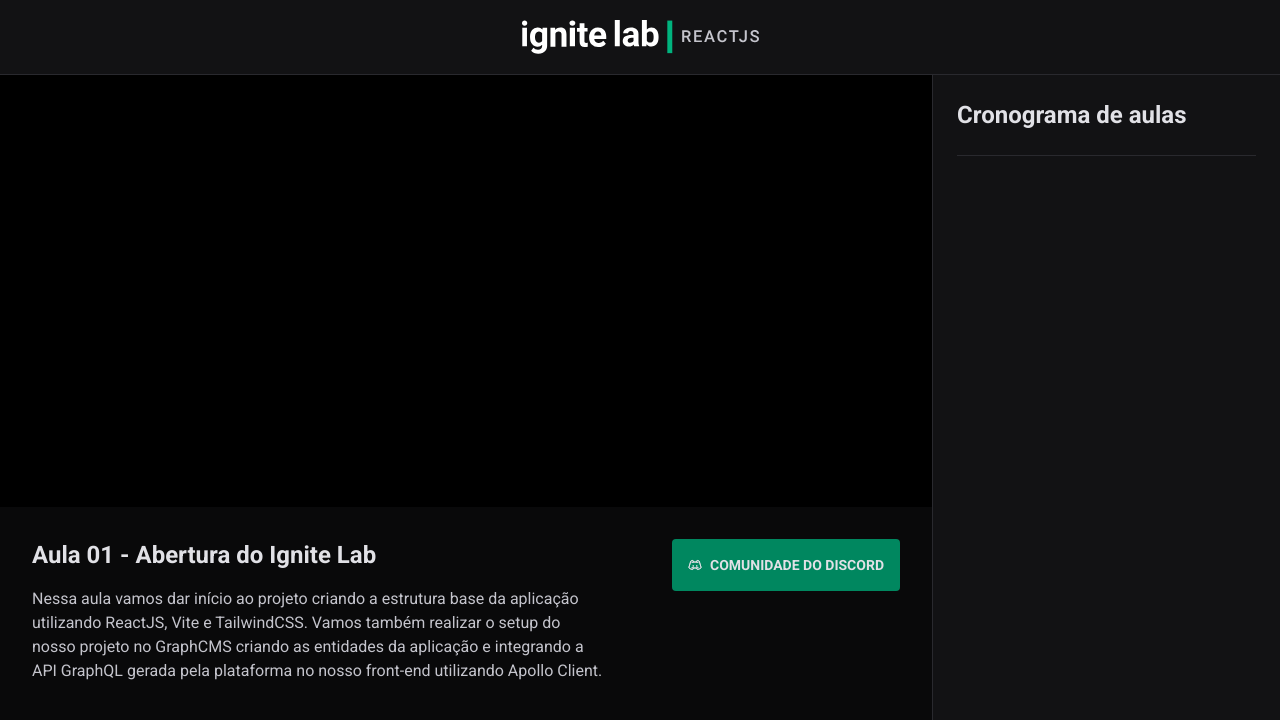
Repository: XFERRER7/Ignite-lab
Page: /
An editor plug-in stored every save of this project. The page is shown before and after the next save, followed by the edit.
The browser window is 1280 px wide. The pictures show the whole page.
The page's requests for data from a server got no answer. The project was rebuilt for these pictures with package versions that can differ from the ones it lists, and the page was loaded fresh each time. No one was signed in, and anything a server would have sent is missing. Also part of the build but not shown: vite.config.ts, src/components/Lesson.tsx.

Above is the page before, as saved 2022-06-26 01:54:34.

### index.html
<!DOCTYPE html>
<html>
  <head>
    <meta charset="UTF-8" />
    <link rel="icon" type="image/svg+xml" href="/src/favicon.svg" />
    <meta name="viewport" content="width=device-width, initial-scale=1.0" />
    <title>Event Platform</title>
    <link rel="preconnect" href="https://fonts.googleapis.com">
<link rel="preconnect" href="https://fonts.gstatic.com" crossorigin>
<link href="https://fonts.googleapis.com/css2?family=Roboto:wght@400;500;700&display=swap" rel="stylesheet">
  </head>
  <body>
    <div id="root"></div>
    <script type="module" src="/src/main.tsx"></script>
  </body>
</html>

### src/main.tsx
import { ApolloProvider } from '@apollo/client'
import React from 'react'
import ReactDOM from 'react-dom/client'
import App from './App'
import { client } from './lib/apollo'
import './styles/Global.css'

ReactDOM.createRoot(document.getElementById('root')!).render(
  <React.StrictMode>
    <ApolloProvider client={client}>
    <App />
    </ApolloProvider>
  </React.StrictMode>
)

### src/App.tsx
import { Header } from "./components/Header"
import { Lesson } from "./components/Lesson"
import { SideBar } from "./components/SideBar"
import { Video } from "./components/Video"
import { Event } from "./pages/Event"

function App() {

  return (
    <div>
      <Event/>
    </div>
  )
}

export default App

### src/lib/apollo.ts
import { ApolloClient, InMemoryCache } from "@apollo/client";

export const client = new ApolloClient({
  uri: 'https://api-sa-east-1.graphcms.com/v2/cl4oe0npq21lo01xi4o5e7kb5/master',
  cache: new InMemoryCache()
})

### src/styles/Global.css
@tailwind base;
@tailwind components;
@tailwind utilities;

body {
  @apply text-gray-100 bg-gray-900;
  -webkit-font-smoothing: antialiased;
}

### src/pages/Event.tsx
import React from 'react'
import { Header } from '../components/Header'
import { SideBar } from '../components/SideBar'
import { Video } from '../components/Video'

export const Event = () => {
  return (
    <>
    <div className='flex flex-col min-h-screen'>
      <Header/>
      <main className='flex flex-1'>
      <Video/>
      <SideBar/>
      </main>
    </div>

    </>
  )
}

### src/components/Header.tsx
import React from 'react'
import { Logo } from './Logo'

export const Header = () => {
  return (
    <header className='w-full py-5 flex items-center justify-center bg-gray-700 border-b border-gray-600'>
      <Logo/>
    </header>
  )
}

### src/components/SideBar.tsx
import { gql, useQuery } from '@apollo/client'
import React from 'react'
import { Lesson } from './Lesson'


const GET_LESSONS_QUERY = gql`
  query {
    lessons(orderBy: availableAt_ASC, stage: PUBLISHED) {
      id
      slug
      title
      availableAt
      lessonType
    }
}

`

interface GetLessonsQueryResponse {
  lessons: {
    id: string
    slug:string
    title:string
    availableAt:string
    lessonType: 'live' | 'class'
  }[]
}


export const SideBar = () => {

  const {data} = useQuery<GetLessonsQueryResponse>(GET_LESSONS_QUERY)

  return (
    <aside className='w-[348px] bg-gray-700 p-6 border-l border-gray-600'>
      <span className='font-bold text-2xl pb-6 mb-6 border-b border-gray-600 block'>Cronograma de aulas</span>

      <div className='flex flex-col gap-8'>
        {
          data?.lessons.map(lesson => {
            return (
              <Lesson
              title={lesson.title}
              slug={lesson.slug}
              avaliableAt={new Date(lesson.availableAt)}
              type={lesson.lessonType}/>
            )
          })
        }

      </div>
    </aside>
  )
}

### src/components/Video.tsx
import { DiscordLogo } from 'phosphor-react'
import React from 'react'

export const Video = () => {
  return (
    <div className="flex-1">
      <div className="bg-black flex justify-center">
        <div className='h-full w-full max-w-[1100px] max-h-[60vh] aspect-video'></div>
      </div>

      <div className='p-8 max-w-[1100px] mx-auto'>

        <div className='flex items-start gap-16'>
          <div className='flex-1'>
            <h1 className='text-2xl font-bold'>Aula 01 - Abertura do Ignite Lab</h1>
            <p className='mt-4 text-gray-200'>
              Nessa aula vamos dar início ao projeto criando a estrutura base da aplicação
              utilizando ReactJS, Vite e TailwindCSS. Vamos também realizar o setup do nosso
              projeto no GraphCMS criando as entidades da aplicação e integrando a API GraphQL
              gerada pela plataforma no nosso front-end utilizando Apollo Client.
            </p>
          </div>
          <div className='flex flex-col gap-4 '>
            <a href=""
            className='p-4 text-sm bg-green-500 flex items-center rounded font-bold uppercase
            gap-2 justify-center'>
              <DiscordLogo/>
              Comunidade do discord
            </a>
            <a href="">

            </a>
          </div>
        </div>

        <div>

        </div>

      </div>

    </div>
  )

}

### src/components/Logo.tsx
import React from "react";

export function Logo() {
  return (
    <svg
      xmlns="http://www.w3.org/2000/svg"
      width="237"
      height="34"
      fill="none"
      viewBox="0 0 237 34"
    >
      <path
        fill="#fff"
        d="M.002 3.112a2.49 2.49 0 01.165-.987c.12-.314.304-.595.535-.83A2.906 2.906 0 012.615.572c.698 0 1.374.257 1.912.723.23.24.412.524.536.837a2.701 2.701 0 010 1.979 2.568 2.568 0 01-.536.837 2.889 2.889 0 01-1.907.723 2.901 2.901 0 01-1.908-.723 2.458 2.458 0 01-.538-.84 2.645 2.645 0 01-.172-.996zm4.96 23.146H.273V7.862h4.689v18.397zM8.012 16.973c0-2.853.686-5.145 2.055-6.883a6.653 6.653 0 015.528-2.606 5.869 5.869 0 014.802 2.09l.2-1.751h4.538v17.95a7.891 7.891 0 01-1.12 4.246 7.243 7.243 0 01-3.147 2.752 11.155 11.155 0 01-4.742.94c-1.378 0-2.74-.279-4.008-.812a7.08 7.08 0 01-2.946-2.11l2.208-3.02a5.905 5.905 0 004.543 2.08 4.356 4.356 0 003.104-1.059 3.938 3.938 0 001.103-2.993v-.994a5.775 5.775 0 01-4.555 1.935 6.647 6.647 0 01-3.05-.652 6.615 6.615 0 01-2.408-1.967c-1.397-1.752-2.085-4.089-2.085-6.942v-.21h-.025l.005.006zm4.997.355a6.723 6.723 0 001.026 3.956 3.233 3.233 0 002.799 1.443c.651.045 1.3-.088 1.878-.39a3.52 3.52 0 001.396-1.305v-7.825a3.448 3.448 0 00-1.374-1.305 3.504 3.504 0 00-1.86-.39 3.28 3.28 0 00-1.61.365 3.22 3.22 0 00-1.219 1.103c-.688.975-1.036 2.418-1.036 4.348zM33.098 7.833l.158 2.196a6.527 6.527 0 012.371-1.927 6.38 6.38 0 012.971-.62c1.97 0 3.438.597 4.39 1.79.953 1.194 1.456 2.936 1.486 5.293v12.249h-4.962V14.683a3.367 3.367 0 00-.684-2.344 3.086 3.086 0 00-1.069-.598 3.008 3.008 0 00-1.211-.13 3.349 3.349 0 00-1.821.454c-.553.32-1.01.794-1.313 1.367v13.37H28.45V7.845l4.647-.012zM47.512 3.112a2.304 2.304 0 01.185-.988 2.42 2.42 0 01.59-.831A3.439 3.439 0 0150.404.57c.772 0 1.52.256 2.117.723.508.486.792 1.142.792 1.826 0 .683-.284 1.34-.792 1.826a3.417 3.417 0 01-2.11.723c-.77 0-1.517-.257-2.11-.723a2.47 2.47 0 01-.594-.839 2.342 2.342 0 01-.19-.994h-.005zm5.483 23.149h-5.18V7.86h5.18v18.4zM62.454 3.334v4.612h3.107v3.677h-3.107v9.382c-.05.53.091 1.063.395 1.495a1.824 1.824 0 001.473.45c.476.002.95-.035 1.421-.114v3.803a9.672 9.672 0 01-2.939.449c-3.398 0-5.128-1.775-5.19-5.32V11.644h-2.642V7.968h2.643V3.356h4.841v-.025l-.002.003zM76.487 27.08a9.277 9.277 0 01-6.759-2.55c-1.74-1.699-2.605-3.957-2.605-6.797v-.494a11.295 11.295 0 011.098-5.08 8.141 8.141 0 013.111-3.465 8.72 8.72 0 014.59-1.22c2.577 0 4.62.815 6.098 2.449 1.478 1.633 2.226 3.94 2.226 6.929v2.055h-12.01a4.665 4.665 0 001.473 2.971 4.487 4.487 0 003.111 1.111 5.426 5.426 0 004.548-2.115l2.476 2.781a7.506 7.506 0 01-3.07 2.507 9.81 9.81 0 01-4.287.916v.002zm-.594-15.514a3.127 3.127 0 00-2.428 1.012 5.405 5.405 0 00-1.188 2.912h7.006v-.405a3.749 3.749 0 00-.908-2.608 3.252 3.252 0 00-2.45-.908h-.03l-.002-.003zM97.771 26.259h-4.957V0h4.957V26.26zM112.209 26.259c-.227-.444-.392-.997-.496-1.659-1.196 1.333-2.751 2.002-4.666 2.002-1.811 0-3.314-.523-4.504-1.572-1.191-1.049-1.786-2.372-1.786-3.966 0-1.96.725-3.464 2.179-4.513 1.453-1.049 3.553-1.58 6.3-1.59h2.273v-1.06c0-.854-.22-1.54-.659-2.051-.44-.513-1.131-.77-2.078-.77-.832 0-1.486.2-1.957.6-.474.4-.708.945-.708 1.64h-4.941c0-1.07.331-2.062.992-2.973.662-.91 1.597-1.626 2.804-2.144 1.206-.518 2.564-.778 4.069-.778 2.28 0 4.089.573 5.429 1.718 1.34 1.145 2.009 2.756 2.009 4.83v8.017c.012 1.754.256 3.082.735 3.983v.29h-4.992l-.003-.004zm-4.086-3.435c.728 0 1.402-.163 2.016-.486.614-.326 1.071-.76 1.367-1.308v-3.181h-1.846c-2.472 0-3.79.854-3.948 2.564l-.017.291c0 .614.217 1.123.649 1.523.434.4 1.026.6 1.779.6v-.003zM136.58 17.183c0 2.963-.632 5.273-1.898 6.931-1.265 1.659-3.032 2.488-5.3 2.488-2.006 0-3.608-.77-4.805-2.308l-.222 1.967h-4.444V.001h4.94v9.418c1.14-1.332 2.638-2 4.496-2 2.256 0 4.025.828 5.308 2.487 1.283 1.658 1.923 3.992 1.923 7v.274l.002.003zm-4.94-.358c0-1.868-.296-3.233-.889-4.094-.592-.861-1.475-1.29-2.65-1.29-1.572 0-2.655.643-3.247 1.932v7.299c.604 1.298 1.697 1.95 3.282 1.95 1.584 0 2.643-.788 3.146-2.36.239-.752.358-1.897.358-3.437z"
      ></path>
      <path
        fill="#C4C4CC"
        d="M164.51 17.501h-2.283v4.53h-2.048v-11.78h4.143c1.36 0 2.408.306 3.149.915.74.61 1.108 1.493 1.108 2.648 0 .787-.19 1.449-.57 1.98-.38.532-.911.94-1.59 1.226l2.646 4.906v.106h-2.194l-2.364-4.531h.003zm-2.283-1.65h2.105c.691 0 1.229-.176 1.619-.524.39-.348.582-.824.582-1.429 0-.604-.18-1.12-.538-1.466-.358-.345-.893-.523-1.606-.533h-2.162V15.85zM179.066 16.773h-4.839v3.625h5.656v1.634h-7.704V10.25h7.648v1.65h-5.6v3.253h4.839v1.62zM189.803 19.29h-4.565l-.955 2.744h-2.127l4.452-11.783h1.836l4.459 11.783h-2.137l-.963-2.744zm-3.99-1.65h3.415l-1.707-4.89-1.708 4.89zM204.716 18.197c-.119 1.256-.583 2.238-1.392 2.941-.81.703-1.885 1.056-3.228 1.056-.938 0-1.764-.222-2.48-.668-.715-.445-1.266-1.079-1.656-1.898-.387-.82-.589-1.772-.607-2.858v-1.1c0-1.11.198-2.09.59-2.937.392-.846.96-1.5 1.695-1.96.736-.458 1.587-.688 2.554-.688 1.301 0 2.347.353 3.139 1.057.792.703 1.254 1.7 1.385 2.99h-2.039c-.096-.846-.343-1.458-.74-1.833-.397-.375-.977-.563-1.745-.563-.89 0-1.574.326-2.05.977-.479.652-.721 1.605-.733 2.863v1.044c0 1.273.227 2.245.683 2.917.457.668 1.123 1.004 2.004 1.004.805 0 1.409-.18 1.814-.543.405-.363.661-.962.77-1.804h2.038l-.002.003zM216.481 11.902h-3.674v10.132h-2.031V11.902h-3.642V10.25h9.347v1.65zM222.759 10.251h2.039v8.262c0 1.127-.353 2.023-1.057 2.687-.703.664-1.633.995-2.788.995-1.229 0-2.179-.311-2.848-.93-.669-.62-1.004-1.484-1.004-2.59h2.038c0 .627.156 1.096.467 1.412.31.316.76.474 1.347.474.55 0 .989-.183 1.315-.545.326-.366.489-.867.489-1.51V10.25h.002zM234.952 18.999c0-.518-.183-.918-.545-1.197-.363-.279-1.022-.563-1.972-.849-.95-.286-1.705-.604-2.265-.955-1.074-.674-1.612-1.555-1.612-2.638 0-.95.388-1.732 1.163-2.347.774-.614 1.779-.922 3.015-.922.819 0 1.55.15 2.194.454a3.597 3.597 0 011.513 1.29c.367.558.55 1.177.55 1.858h-2.038c0-.614-.193-1.095-.578-1.443-.385-.348-.938-.524-1.656-.524-.668 0-1.189.144-1.557.43-.37.286-.555.686-.555 1.197 0 .432.2.792.6 1.08.399.29 1.056.57 1.974.842.918.271 1.653.582 2.208.93.556.348.963.748 1.222 1.197.259.452.387.977.387 1.582 0 .982-.375 1.762-1.127 2.342-.753.58-1.775.87-3.063.87a5.755 5.755 0 01-2.352-.473c-.715-.316-1.27-.75-1.668-1.308-.397-.555-.594-1.204-.594-1.942h2.048c0 .669.222 1.187.664 1.555.441.367 1.075.55 1.902.55.713 0 1.246-.143 1.607-.432.357-.288.538-.671.538-1.145l-.003-.002z"
      ></path>
      <path fill="#00B37E" d="M150.271 33.146h-4.958V.57h4.958v32.576z"></path>
    </svg>
  );
}

### tailwind.config.js
/** @type {import('tailwindcss').Config} */
module.exports = {
  content: [
    './src/**/*.tsx'
  ],
  theme: {
    extend: {
      fontFamily: {
        sans: 'Roboto, sans-serif'
      },
      colors: {
        green: {
          300: '#00B37E',
          500: '#00875F',
          700: '#015F43',
        },
        blue: {
          500: '#81D8F7',
        },
        orange: {
          500: '#FBA94C',
        },
        red: {
          500: '#F75A68',
        },
        gray: {
          100: '#E1E1E6',
          200: '#C4C4CC',
          300: '#8D8D99',
          500: '#323238',
          600: '#29292E',
          700: '#121214',
          900: '#09090A'
        }
      }
    },
  },
  plugins: [],
}

After the next save:
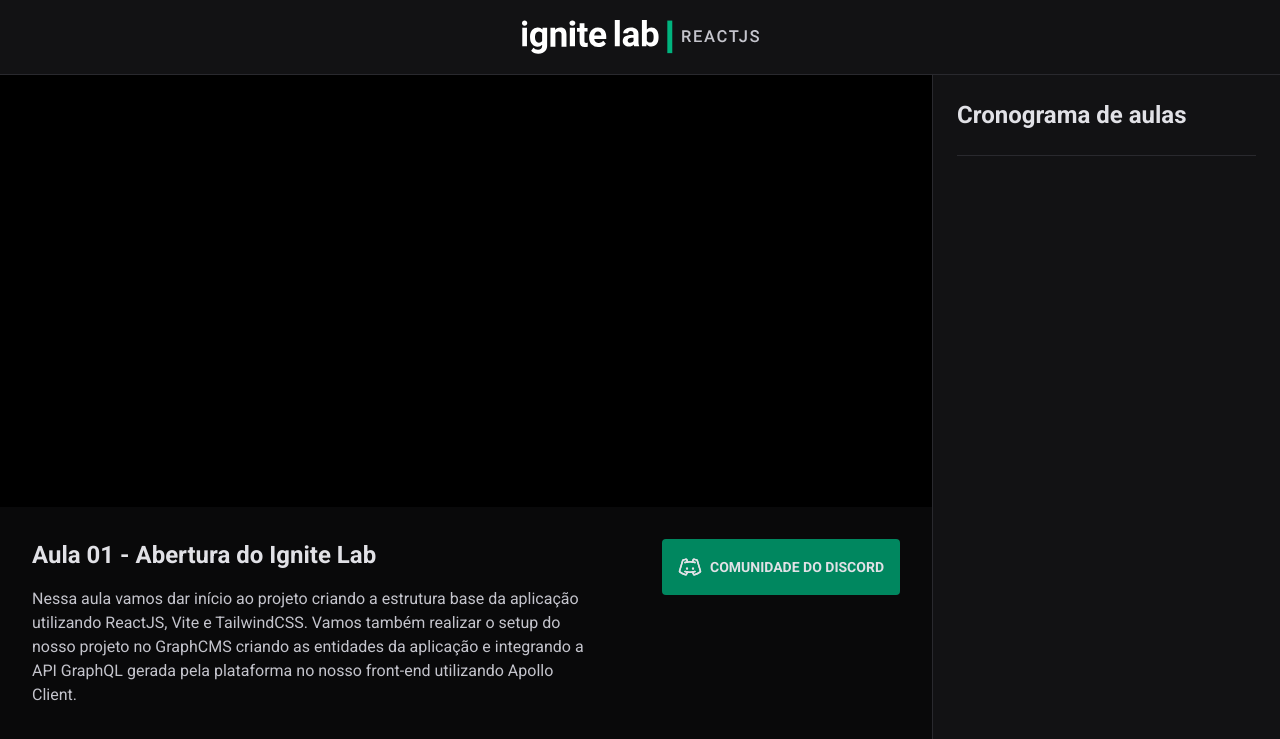
Saved 5 s later.
--- a/src/components/Video.tsx
+++ b/src/components/Video.tsx
@@ -24,7 +24,7 @@
             <a href=""
             className='p-4 text-sm bg-green-500 flex items-center rounded font-bold uppercase
             gap-2 justify-center'>
-              <DiscordLogo/>
+              <DiscordLogo size={24}/>
               Comunidade do discord
             </a>
             <a href="">
